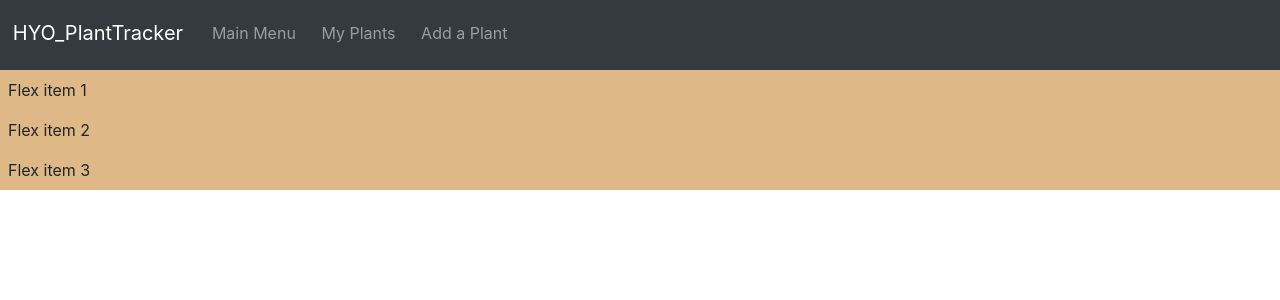
Repository: emersonwilliams/HYO_PlantTracker
Page: capstone_app/plant_tracker/templates/myplants.html
These files come from the project's save history. The page is drawn as it stood at one moment and after the next save; the edit follows.
The browser window is 1280 px wide. The pictures show the whole page.

Above is the page before, as saved 2020-08-02 01:34:26.

### capstone_app/plant_tracker/templates/myplants.html
<!-- this is the page where you can see all of your plants -->

<!DOCTYPE html>
<html lang="en">
<head>
    <meta charset="UTF-8">
    <title>Title</title>

</head>

<body>
    <link rel="stylesheet" href="https://stackpath.bootstrapcdn.com/bootstrap/4.5.0/css/bootstrap.min.css" integrity="sha384-9aIt2nRpC12Uk9gS9baDl411NQApFmC26EwAOH8WgZl5MYYxFfc+NcPb1dKGj7Sk" crossorigin="anonymous">
    <script src="https://code.jquery.com/jquery-3.5.1.slim.min.js" integrity="sha384-DfXdz2htPH0lsSSs5nCTpuj/zy4C+OGpamoFVy38MVBnE+IbbVYUew+OrCXaRkfj" crossorigin="anonymous"></script>
    <script src="https://cdn.jsdelivr.net/npm/popper.js@1.16.0/dist/umd/popper.min.js" integrity="sha384-Q6E9RHvbIyZFJoft+2mJbHaEWldlvI9IOYy5n3zV9zzTtmI3UksdQRVvoxMfooAo" crossorigin="anonymous"></script>

    <link rel="stylesheet" type = "text/css" href='../static/css/myplants.css'>

    <nav class="navbar navbar-expand-lg navbar-dark bg-dark">
    <a class="navbar-brand" href="#">HYO_PlantTracker</a>
    <button class="navbar-toggler" type="button" data-toggle="collapse" data-target="#navbarNavAltMarkup" aria-controls="navbarNavAltMarkup" aria-expanded="false" aria-label="Toggle navigation">
      <span class="navbar-toggler-icon"></span>
    </button>
    <div class="collapse navbar-collapse" id="navbarNavAltMarkup">
      <div class="navbar-nav">
        <a class="nav-item nav-link  op1" href="#">Main Menu <span class="sr-only"></span></a>
        <a class="nav-item nav-link op1 " href="#">My Plants</a>
        <a class="nav-item nav-link op1" href="#">Add a Plant</a>
      </div>
    </div>
  </nav>
  <div class="d-flex flex-xl-column bd-highlight mb-3 jj">
    <div class="p-2 bd-highlight k1">Flex item 1</div>
    <div class="p-2 bd-highlight k1">Flex item 2</div>
    <div class="p-2 bd-highlight k1">Flex item 3</div>
  </div>
</body>

</html>

### capstone_app/plant_tracker/static/css/myplants.css
.navbar{
    padding: 0.5em 0.8em 0.8em 0.8em;

}
.op1{
    /* padding: 2em 2em 2em 2em; */
    margin: 0.3em ;

}

d-flex{
    background-color: hotpink;
}

.k1{
    background-color: burlywood;
}

After the next save:
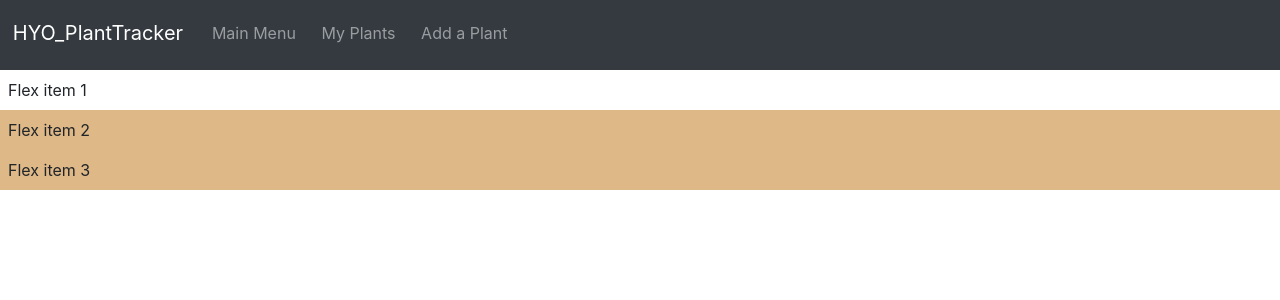
Saved 25 s later.
--- a/capstone_app/plant_tracker/templates/myplants.html
+++ b/capstone_app/plant_tracker/templates/myplants.html
@@ -29,7 +29,8 @@
     </div>
   </nav>
   <div class="d-flex flex-xl-column bd-highlight mb-3 jj">
-    <div class="p-2 bd-highlight k1">Flex item 1</div>
+    <div class="p-2 bd-highlight k1.justify-content-center
+    ">Flex item 1</div>
     <div class="p-2 bd-highlight k1">Flex item 2</div>
     <div class="p-2 bd-highlight k1">Flex item 3</div>
   </div>

After the 2 saves that followed:
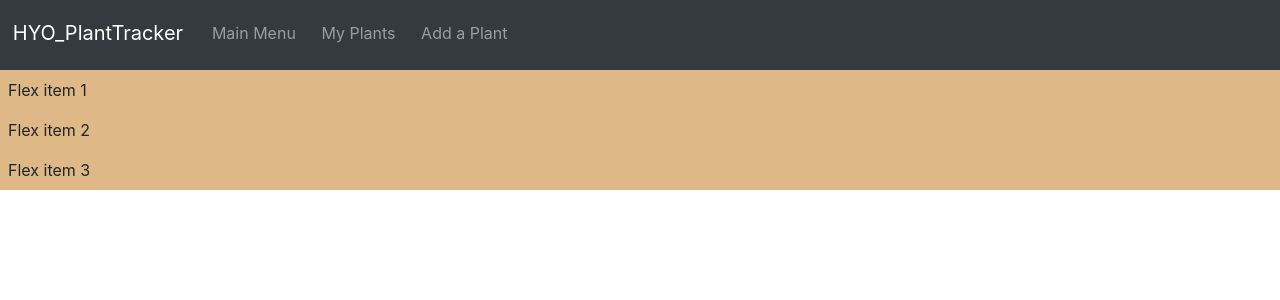
The 2 saves are shown as one change because they came seconds apart.
The last was saved 7 s later.
--- a/capstone_app/plant_tracker/templates/myplants.html
+++ b/capstone_app/plant_tracker/templates/myplants.html
@@ -29,9 +29,10 @@
     </div>
   </nav>
   <div class="d-flex flex-xl-column bd-highlight mb-3 jj">
-    <div class="p-2 bd-highlight k1.justify-content-center
+    <div class="p-2 bd-highlight k1 justify-content-center
     ">Flex item 1</div>
-    <div class="p-2 bd-highlight k1">Flex item 2</div>
+    <div class="p-2 bd-highlight k1 .justify-content-center
+    ">Flex item 2</div>
     <div class="p-2 bd-highlight k1">Flex item 3</div>
   </div>
 </body>
